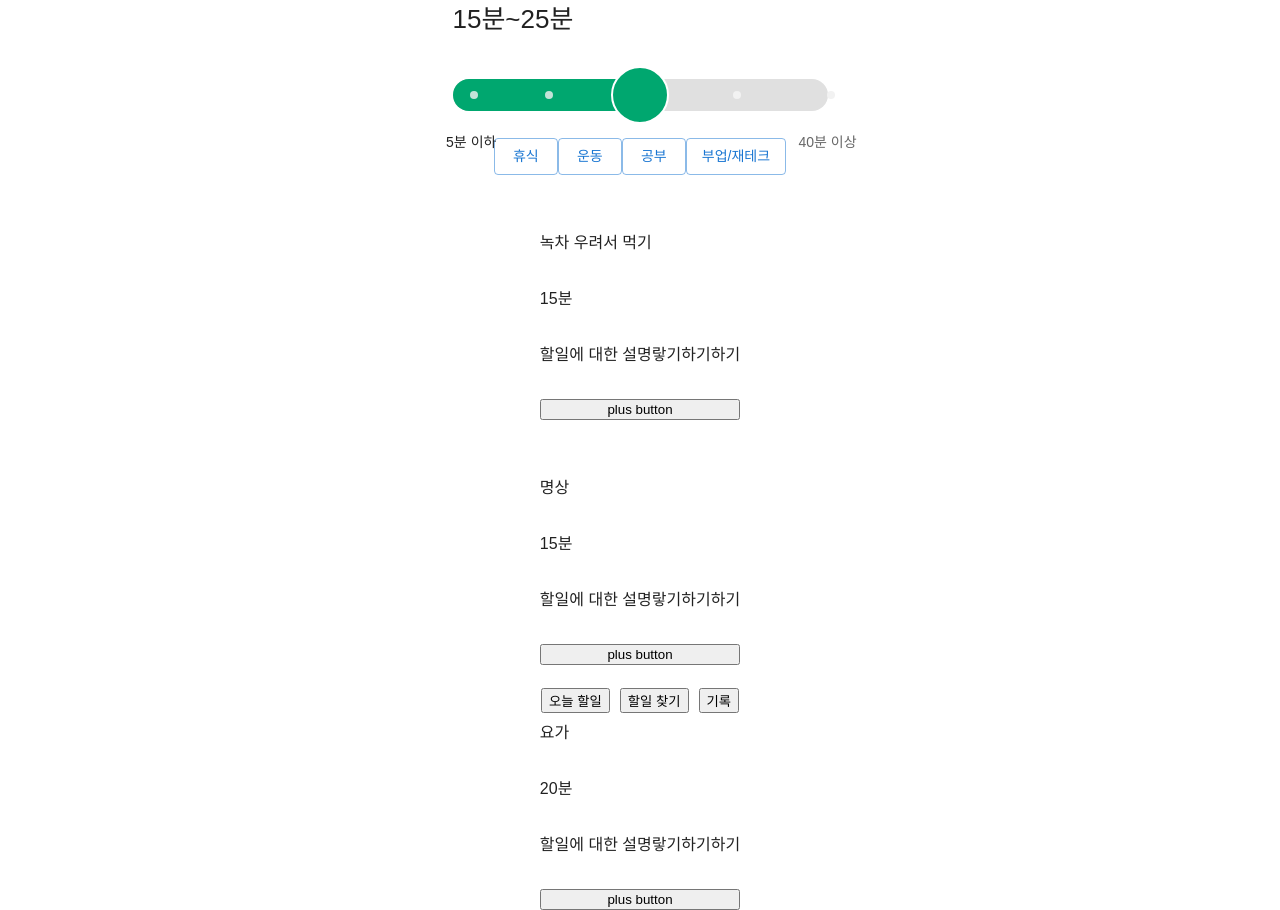
Repository: Tickley-Team/Tickley
Page: /todos/find
An editor plug-in stored every save of this project. The page is shown before and after the next save, followed by the edit.
The browser window is 1280 px wide. The pictures show the whole page.
The project was rebuilt for these pictures with package versions that can differ from the ones it lists, and the page was loaded fresh each time. Also part of the build but not shown: vite.config.ts, src/stores/timeLeftStore.ts, src/components/BasicDialog.tsx, src/pages/Todos.tsx, src/components/Button.tsx, src/pages/SurveySpareTime/index.tsx, src/pages/Home.tsx, src/hooks/useOnboarding.ts and 7 more.

Above is the page before, as saved 2024-12-09 17:54:26.

After the next save:
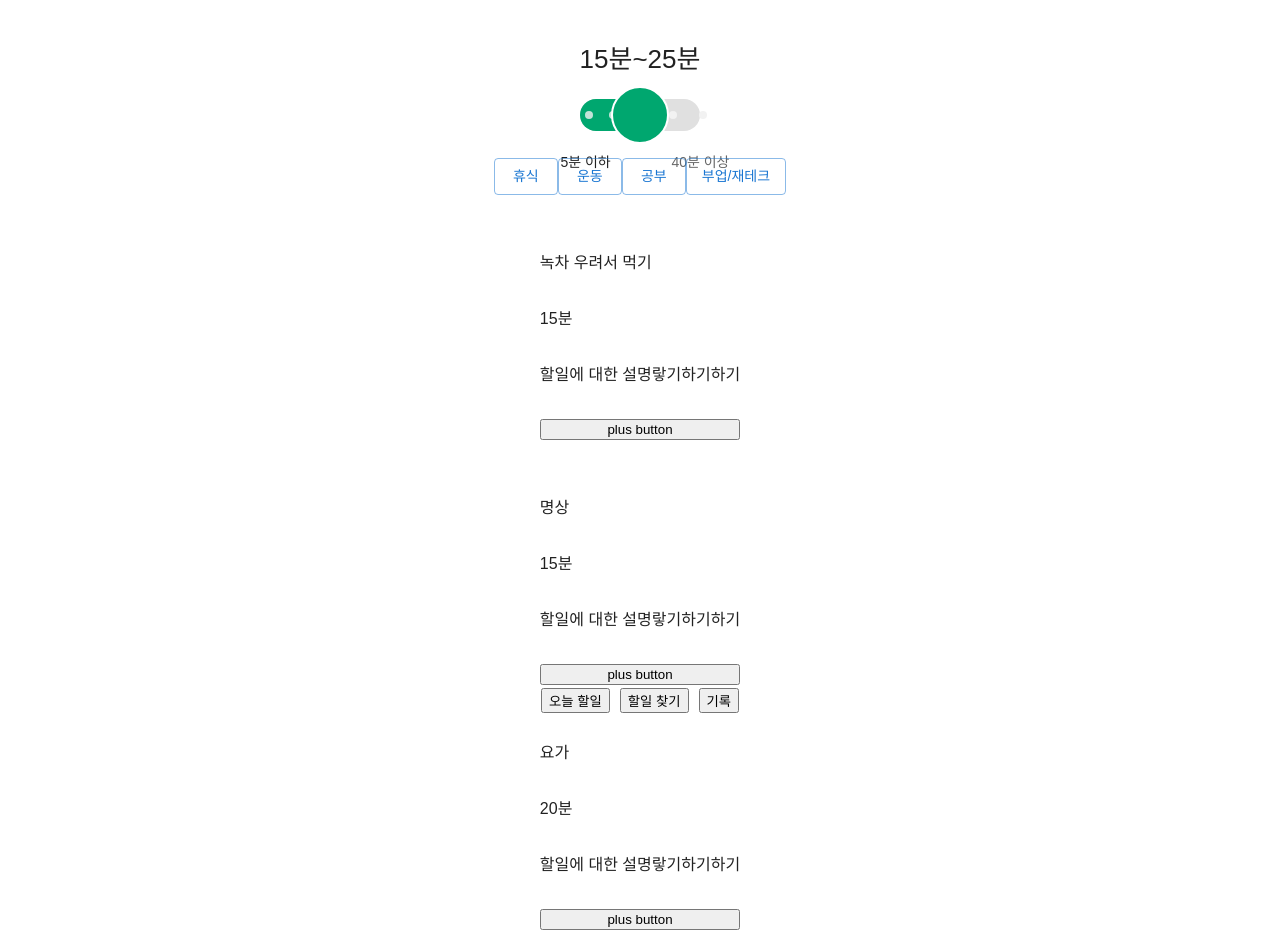
Saved 2 min 0 s later.
--- a/src/pages/TodosFind.tsx
+++ b/src/pages/TodosFind.tsx
@@ -33,8 +33,9 @@
   }
   return (
     <MobileLayout>
-      <RangeSlider style={{ marginTop: '40px' }} />
-
+      <div style={{ position: 'relative', marginTop: '40px' }}>
+        <RangeSlider />
+      </div>
       <CategoryBar categoryNames={categoryNames} onClick={setCategoryName} />
       <TodoList list={filteredTodos} onAddTodo={addTodo} />
       <div>
